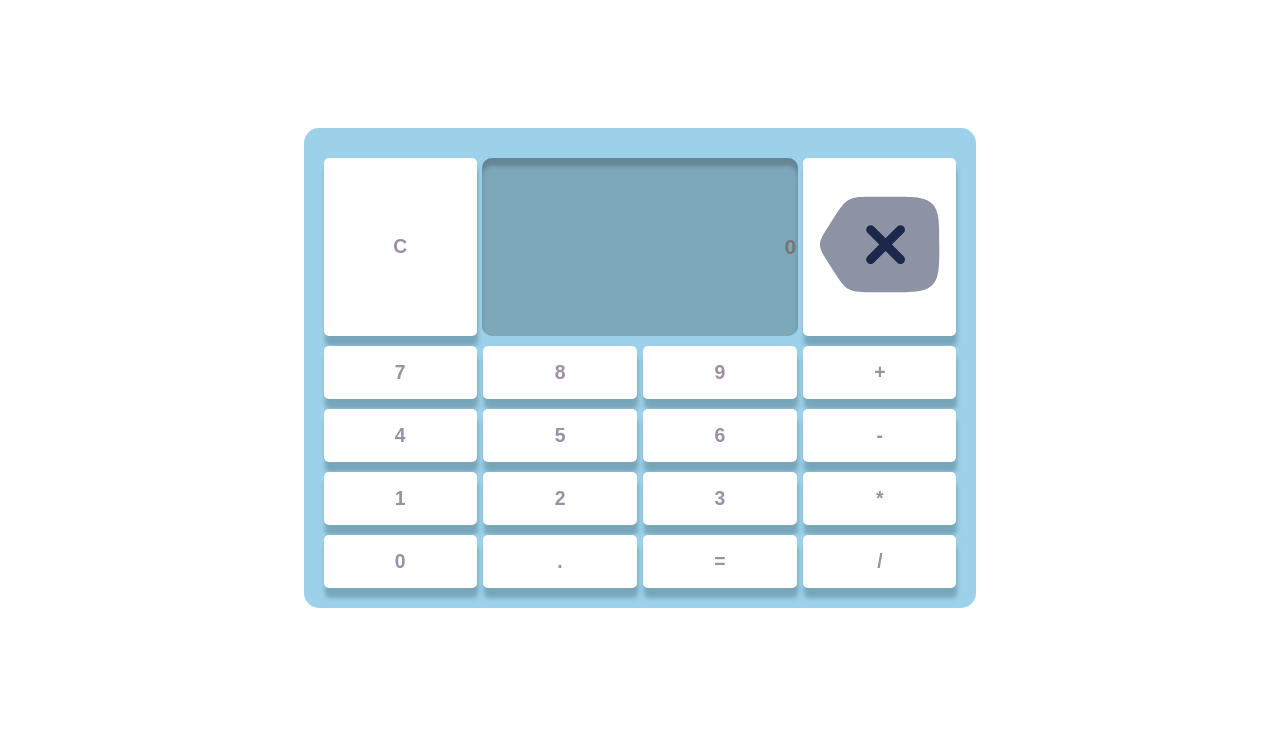
Repository: sem1103/calculator
Page: index.html
An editor plug-in stored every save of this project. The page is shown before and after the next save, followed by the edit.
The browser window is 1280 px wide. The pictures show the whole page.

Above is the page before, as saved 2023-11-02 11:56:53.

### index.html
<!DOCTYPE html>
<html lang="en">

<head>
    <meta charset="UTF-8">
    <meta name="viewport" content="width=device-width, initial-scale=1.0">
    <title>Calc</title>
    <style>
        * {
            box-sizing: border-box;
            font: bold 1.1rem arial;
        }

        .calc__container {
            display: flex;
            justify-content: center;
            height: 100vh;
            align-items: center;
        }

        .calc__wrapper {
            max-width: 900px;
            background-color: #9cd1e9;
            padding: 20px;
            border-radius: 15px;
        }

        .calc__display {
            box-shadow: inset 0px 8px 4px 0px #658695;
            background-color: #7da8ba;
            width: 50%;
            border-radius: 10px;
            border: 0;
            outline: 0;
            text-align: right;
            font-size: 1.2rem;
            color: #fff;
        }

        .calc__main,
        .calc__header {
            display: flex;
            flex-direction: row;
            flex-wrap: wrap;
            justify-content: space-between;
            row-gap: 10px;
            column-gap: 5px;

        }

        .calc__header {
            margin: 10px 0;
        }

        button {
            padding: 15px 5px;
            text-align: center;
            background-color: #fff;
            box-shadow: 1px 10px 4px #77a6bb;
            flex-basis: calc(25% - 5px);
            border: 0;
            border-radius: 5px;
            cursor: pointer;
            color: #9d8fa4;
            transition: all .1s ease-in-out;
        }

        button:active {
            box-shadow: 1px 0 4px #77a6bb;
            transform: translate(0, 3px);
        }

        button:hover {
            background-color: #d1d1d1;
        }

        .active{
            box-shadow: 1px 0 4px #77a6bb;
            transform: translate(0, 3px);
            background-color: #d1d1d1;
        }

    </style>
</head>

<body>
    <div class="calc__container">
        <div class="calc__wrapper">
            <div class="calc__header">
                <button onclick="clearDisplay()">C</button>
                <input id="display" class="calc__display" type="text" placeholder="0" oninput="setValueHandle(this)">

                </input>
                 <button class="backspace" onclick="backspace()">
                    <svg width="100%" viewBox="0 0 24 24" fill="none" xmlns="http://www.w3.org/2000/svg">
                        <path opacity="0.5" d="M6.87114 19.4986C7.80085 20 8.91458 20 11.142 20H13.779C17.6544 20 19.5921 20 20.7961 18.8284C22 17.6569 22 15.7712 22 12C22 8.22876 22 6.34315 20.7961 5.17157C19.5921 4 17.6544 4 13.779 4H11.142C8.91458 4 7.80085 4 6.87114 4.50143C5.94144 5.00286 5.35117 5.92191 4.17061 7.76001L3.48981 8.82001C2.4966 10.3664 2 11.1396 2 12C2 12.8604 2.4966 13.6336 3.48981 15.18L4.17061 16.24C5.35117 18.0781 5.94144 18.9971 6.87114 19.4986Z" fill="#1C274C"/>
                        <path d="M11.0303 8.96967C10.7374 8.67678 10.2626 8.67678 9.96967 8.96967C9.67678 9.26256 9.67678 9.73744 9.96967 10.0303L11.9394 12L9.96969 13.9697C9.6768 14.2626 9.6768 14.7374 9.96969 15.0303C10.2626 15.3232 10.7375 15.3232 11.0304 15.0303L13 13.0607L14.9696 15.0303C15.2625 15.3232 15.7374 15.3232 16.0303 15.0303C16.3232 14.7374 16.3232 14.2625 16.0303 13.9697L14.0607 12L16.0303 10.0304C16.3232 9.73746 16.3232 9.26258 16.0303 8.96969C15.7374 8.6768 15.2626 8.6768 14.9697 8.96969L13 10.9394L11.0303 8.96967Z" fill="#1C274C"/>
                        </svg>
                </button>
            </div>
            <div class="calc__main">
                <button onkeydown="test(this)" onclick="setValueHandle(this)">7</button>
                <button onclick="setValueHandle(this)">8</button>
                <button onclick="setValueHandle(this)">9</button>
                <button onclick="setValueHandle(this)">+</button>
                <button onclick="setValueHandle(this)">4</button>
                <button onclick="setValueHandle(this)">5</button>
                <button onclick="setValueHandle(this)">6</button>
                <button onclick="setValueHandle(this)">-</button>
                <button onclick="setValueHandle(this)">1</button>
                <button onclick="setValueHandle(this)">2</button>
                <button onclick="setValueHandle(this)">3</button>
                <button onclick="setValueHandle(this)">*</button>
                <button onclick="setValueHandle(this)">0</button>
                <button onclick="setValueHandle(this)">.</button>
                <button onclick="calcSumm()">=</button>
                <button onclick="setValueHandle(this)">/</button>
            </div>
        </div>
    </div>


    <script>
        let calcDisplay = document.getElementById('display');
        let buttons = document.querySelectorAll('button');

        function setValueHandle(e) {

            if (/[a-zA-Zа-яА-ЯёЁ]/.test(calcDisplay.value)) {
                console.log(1);
                calcDisplay.value = e.value;
                return;
            }else if(/\b0+\d+/.test(calcDisplay.value) || /^[+\*/]/.test(calcDisplay.value)){
                calcDisplay.value = 'Ошибка!';
                return;
            }
            calcDisplay.value += e.innerHTML;

        }

        function clearDisplay() {
            calcDisplay.value = '';
        }

        function calcSumm() {
            let value = calcDisplay.value;


            value = value.replace(/\s/g, '');
            let operators = value.split('').filter(item => {
                if (item == '+' || item == '-' || item == '*' || item == '/') return item;
            })
            let numbers = value.split(/[+\-*/]/);
            let result = +numbers[0];

            console.log(operators);
            console.log(numbers);
            if (numbers[numbers.length - 1] == '') {
                calcDisplay.value = 'Ошибка!';
                return;
            }else if(/[\+\-\*\/]{2,}/.test(calcDisplay.value) ){
                calcDisplay.value = 'Две математических операции!';
                return;
            }



            operators.forEach((item, index) => {
                if (item == '+') {
                    result += +numbers[index + 1]
                } else if (item == '-') {
                    result -= numbers[index + 1]
                } else if (item == '/') {
                    if (+numbers[index + 1] === 0) {
                        calcDisplay.value = 'На ноль делить нельзя!!';
                        throw new Error('infiniti');
                    } else result /= numbers[index + 1];

                } else result *= numbers[index + 1]
            });
            calcDisplay.value = result;

        }


        document.body.addEventListener('keydown', (e) =>{
            if(e.key >=0 && e.key <= 9 || ['+','-','*','/','.'].includes(e.key)){
                buttons.forEach(item => {
                    if(item.innerHTML == e.key){
                        setValueHandle(item);
                        item.classList.add('active');
                        item.addEventListener('transitionend', () =>{
                        item.classList.remove('active')
                        })
                    }
                })
            }
        });
    </script>
</body>

</html>

After the next save:
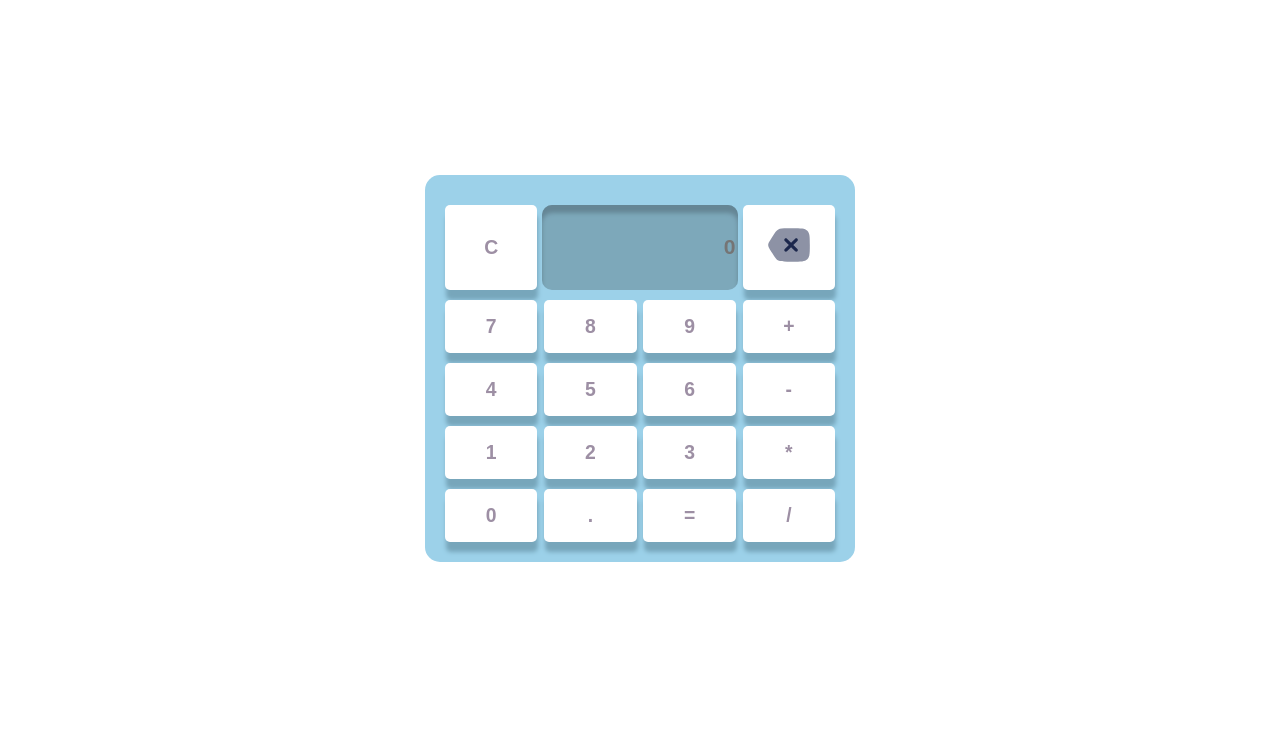
Saved 15 s later.
--- a/index.html
+++ b/index.html
@@ -92,7 +92,7 @@
 
                 </input>
                  <button class="backspace" onclick="backspace()">
-                    <svg width="100%" viewBox="0 0 24 24" fill="none" xmlns="http://www.w3.org/2000/svg">
+                    <svg width="50px" viewBox="0 0 24 24" fill="none" xmlns="http://www.w3.org/2000/svg">
                         <path opacity="0.5" d="M6.87114 19.4986C7.80085 20 8.91458 20 11.142 20H13.779C17.6544 20 19.5921 20 20.7961 18.8284C22 17.6569 22 15.7712 22 12C22 8.22876 22 6.34315 20.7961 5.17157C19.5921 4 17.6544 4 13.779 4H11.142C8.91458 4 7.80085 4 6.87114 4.50143C5.94144 5.00286 5.35117 5.92191 4.17061 7.76001L3.48981 8.82001C2.4966 10.3664 2 11.1396 2 12C2 12.8604 2.4966 13.6336 3.48981 15.18L4.17061 16.24C5.35117 18.0781 5.94144 18.9971 6.87114 19.4986Z" fill="#1C274C"/>
                         <path d="M11.0303 8.96967C10.7374 8.67678 10.2626 8.67678 9.96967 8.96967C9.67678 9.26256 9.67678 9.73744 9.96967 10.0303L11.9394 12L9.96969 13.9697C9.6768 14.2626 9.6768 14.7374 9.96969 15.0303C10.2626 15.3232 10.7375 15.3232 11.0304 15.0303L13 13.0607L14.9696 15.0303C15.2625 15.3232 15.7374 15.3232 16.0303 15.0303C16.3232 14.7374 16.3232 14.2625 16.0303 13.9697L14.0607 12L16.0303 10.0304C16.3232 9.73746 16.3232 9.26258 16.0303 8.96969C15.7374 8.6768 15.2626 8.6768 14.9697 8.96969L13 10.9394L11.0303 8.96967Z" fill="#1C274C"/>
                         </svg>
